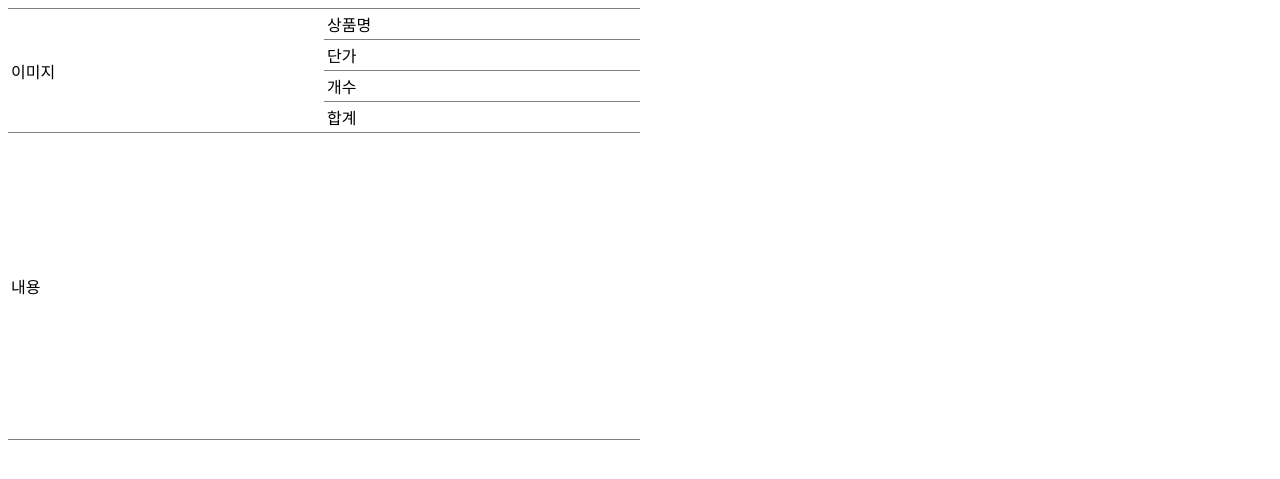
Repository: naldal/Bitcamp
Page: http://localhost/miniProject/imageboard/imageboardView.jsp
These files come from the project's save history. The page is drawn as it stood at one moment and after the next save; the edit follows.
The browser window is 1280 px wide. The pictures show the whole page.
The page is served by Tomcat 9. Other server files are loaded and not shown.

Above is the page before, as saved 2020-02-19 07:10:26.

### miniProject/WebContent/imageboard/imageboardView.jsp
<%@ page language="java" contentType="text/html; charset=UTF-8"
	pageEncoding="UTF-8"%>
<!DOCTYPE html>

<table border="1" width="50%" frame="hsides" rules="rows" cellpadding="3">
	<tr>
		<td rowspan="4">이미지</td>
		<td>상품명</td>
	</tr>
	<tr>
		<td>단가</td>
	</tr>
	<tr>
		<td>개수</td>
	</tr>
	<tr>
		<td>합계</td>
	</tr>
	<tr>
		<td height="300px" colspan="2">내용</td>
	</tr>
</table>

After the next save:
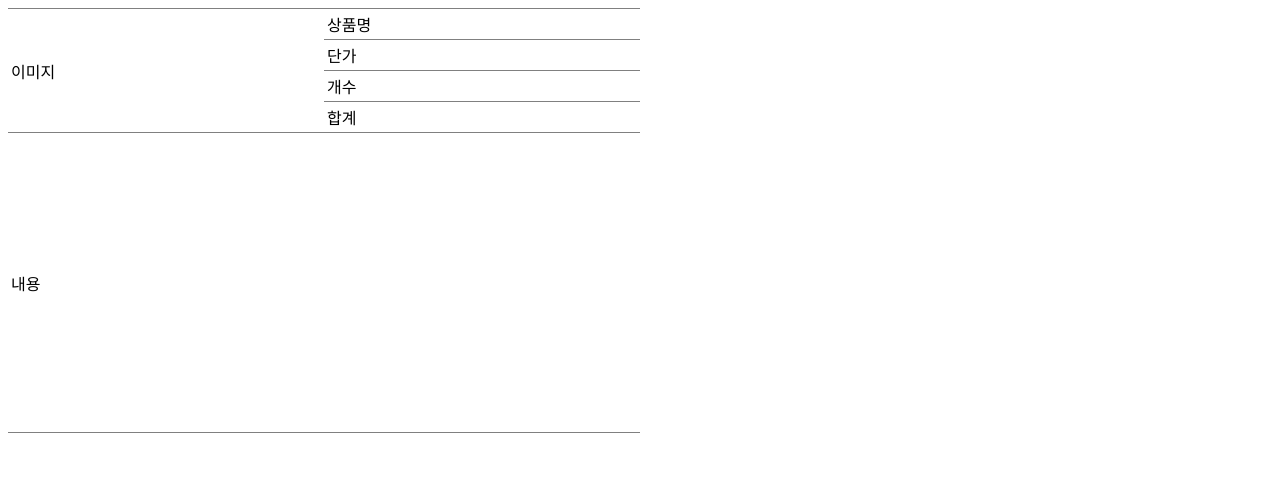
Saved 39 s later.
--- a/miniProject/WebContent/imageboard/imageboardView.jsp
+++ b/miniProject/WebContent/imageboard/imageboardView.jsp
@@ -1,8 +1,10 @@
 <%@ page language="java" contentType="text/html; charset=UTF-8"
 	pageEncoding="UTF-8"%>
-<!DOCTYPE html>
+<%@ taglib prefix="c" uri="http://java.sun.com/jsp/jstl/core" %>
 
 <table border="1" width="50%" frame="hsides" rules="rows" cellpadding="3">
+
+
 	<tr>
 		<td rowspan="4">이미지</td>
 		<td>상품명</td>
